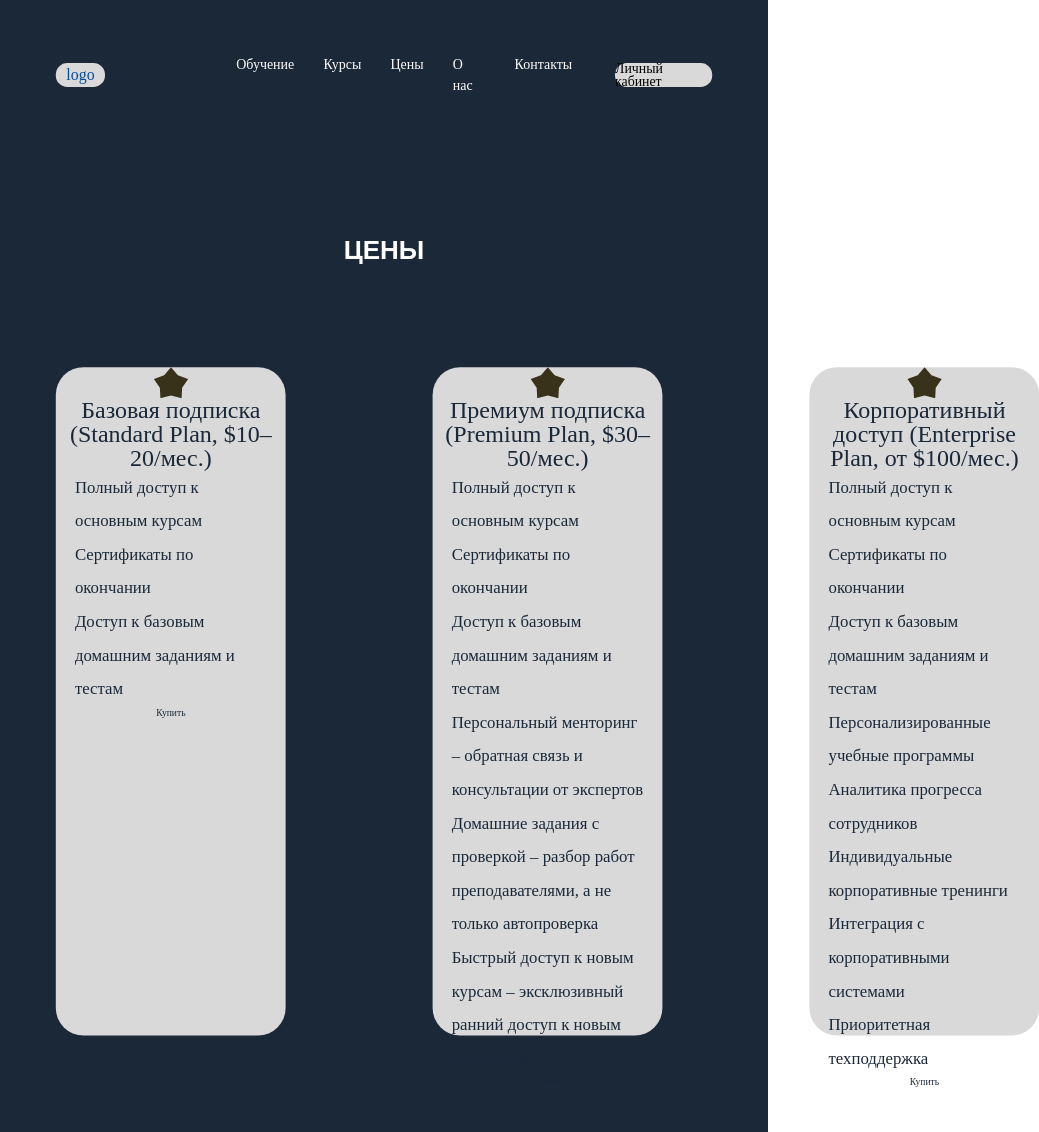
Repository: marjango/course
Page: /pricepage
The author's editor kept a copy of each file at every save. The page is drawn from the files as they stood at one save, then again after the next save.
The browser window is 1280 px wide. The page is 1732 px wide, so the pictures cover 1732 px, including what lies to the right of the window. The pictures show the whole page, at 60% of full size.
The project was rebuilt for these pictures with package versions that can differ from the ones it lists, and the page was loaded fresh each time. The framework's server and built-in components were replaced by stand-ins that run in the browser. Also part of the build but not shown: next.config.ts.

Above is the page before, as saved 2025-03-26 21:02:35.

### app/layout.tsx
import type { Metadata } from "next";
import "./globals.css";
import './fonts.css';


export const metadata: Metadata = {
  title: "сourse",
  description: "it course",
};

export default function RootLayout({
  children,
}: Readonly<{
  children: React.ReactNode;
}>) {
  return (
    <html lang="en">
      <body

      >
        {children}
      </body>
    </html>
  );
}

### app/pricepage/page.tsx
import React from "react";
import Image from "next/image";
import s from "./price.module.css";
import Link from "next/link";
import star from "./Star.svg";

const pricepage = () => {
  return (
    <>
    <div className={s.pricepage}>
    <div className={s.headerContainer}>
          <Link href="/" className={s.logo}>
            logo
          </Link>

          <div className={s.nav}>
            <Link href="#">Обучение</Link>
            <Link href="/coursespage">Курсы</Link>
            <Link href="#">Цены</Link>
            <Link href="#">О нас</Link>
            <Link href="#">Контакты</Link>
          </div>

          <Link href="#" className={s.personal}>
            Личный кабинет
          </Link>
        </div>
      <h1>Цены</h1>
      <div className={s.columns}>
      <div className={s.column}>
        <Image src={star} width={58} height={55} alt="star" />
        <h3>Базовая подписка (Standard Plan, $10–20/мес.)</h3>
        <ul>
          <li>Полный доступ к основным курсам</li>
          <li>Сертификаты по окончании</li>
          <li>Доступ к базовым домашним заданиям и тестам</li>
        </ul>
        <button>Купить</button>
      </div>
      <div className={s.column}>
      <Image src={star} width={58} height={55} alt="star" />
        <h3>Премиум подписка (Premium Plan, $30–50/мес.)</h3>
        <ul>
          <li>Полный доступ к основным курсам</li>
          <li>Сертификаты по окончании</li>
          <li>Доступ к базовым домашним заданиям и тестам</li>
          <li>
            Персональный менторинг – обратная связь и консультации от экспертов
          </li>
          <li>
            Домашние задания с проверкой – разбор работ преподавателями, а не
            только автопроверка{" "}
          </li>
          <li>
            Быстрый доступ к новым курсам – эксклюзивный ранний доступ к новым
            материалам
          </li>
        </ul>
        <button>Купить</button>
      </div>
      <div className={s.column}>
      <Image src={star} width={58} height={55} alt="star" />
        <h3>Корпоративный доступ (Enterprise Plan, от $100/мес.)</h3>
        <ul>
          <li>Полный доступ к основным курсам</li>
          <li>Сертификаты по окончании</li>
          <li>Доступ к базовым домашним заданиям и тестам</li>
          <li>Персонализированные учебные программы</li>
          <li>Аналитика прогресса сотрудников</li>
          <li>Индивидуальные корпоративные тренинги</li>
          <li>Интеграция с корпоративными системами</li>
          <li>Приоритетная техподдержка</li>
        </ul>
        <button>Купить</button>
      </div>
      </div>
      </div>
    </>
  );
};

export default pricepage;

### app/globals.css
@import "tailwindcss";

* {
  font-family: 'Doloman Pavljenko';
}

h1 {
  font-family: 'Intro Friday', sans-serif;
  font-size: 3.39vw;
  line-height: 1.2;
  color: white;
  font-weight: bold;
  text-transform: uppercase;
}

### app/fonts.css
@font-face {
    font-family: 'Doloman Pavljenko';
    src: url("/public/fonts/DolomanPavljenko.otf") format('otf'),
    url("/public/fonts/DolomanPavljenko.otf") format('otf');
    font-weight: normal;
    font-style: normal;
  }

   @font-face {
     font-family: "Intro Friday";
     src: url("/public/fonts/Intro\ Friday\ Regular.ttf") format("ttf"),
     url("/public/fonts/Intro\ Friday\ Regular.ttf") format("ttf");
     font-weight: normal;
     font-style: normal;
   }

### app/pricepage/price.module.css
.pricepage {
    width: 100%;
    height: auto;
    padding: 7.03vw 7.29vw 12.60vw 7.29vw;
    background-color: #1b2838;
    display: flex;
    flex-direction: column;
    align-items: center;
    color: white;
}
.pricepage h1 {
    margin-top: 230px;
    margin-bottom: 170px;
}
.headerContainer {
    background: transparent;
    display: flex;
    justify-content: space-between;
    align-items: center;
    width: 100%;
  }

  .logo {
    padding: 0.52vw 1.35vw;
    background-color: #d9d9d9;
    border: none;
    border-radius: 1.51vw;
    color: #064b9b;
    font-size: 2.08vw;
    line-height: 2.08vw;
    font-weight: 300;
  }

  .nav {
    margin-left: 17.08vw;
    justify-self: center;
    font-size: 1.82vw;
    font-weight: 300;
    display: flex;
    gap: 3.8vw;
  }

  .personal {
    margin-left: 5.57vw;
    background-color: #d9d9d9;
    width: 12.66vw;
    height: 3.13vw;
    display: flex;
    justify-content: center;
    align-items: center;
    border: none;
    border-radius: 1.51vw;
    color: black;
    font-size: 1.8vw;
    line-height: 1.8vw;
    font-weight: 300;
  }

.columns {
    margin: 0 auto;
    display: flex;
    gap: 245px;
}
.column {
    background-color: #D9D9D9;
    border-radius: 46px;
    display: flex;
    flex-direction: column;
    align-items: center;
    width: 383px;
    height: 1114px;
    color: #1b2838;
}
.column h3 {
    font-size: 40px;
    line-height: 40px;
    font-weight: 300;
    text-align: center;
}
.column ul{
    max-width: 320px;
    font-size: 28px;
    line-height: 56px;

}
.column li {

}

After the next save:
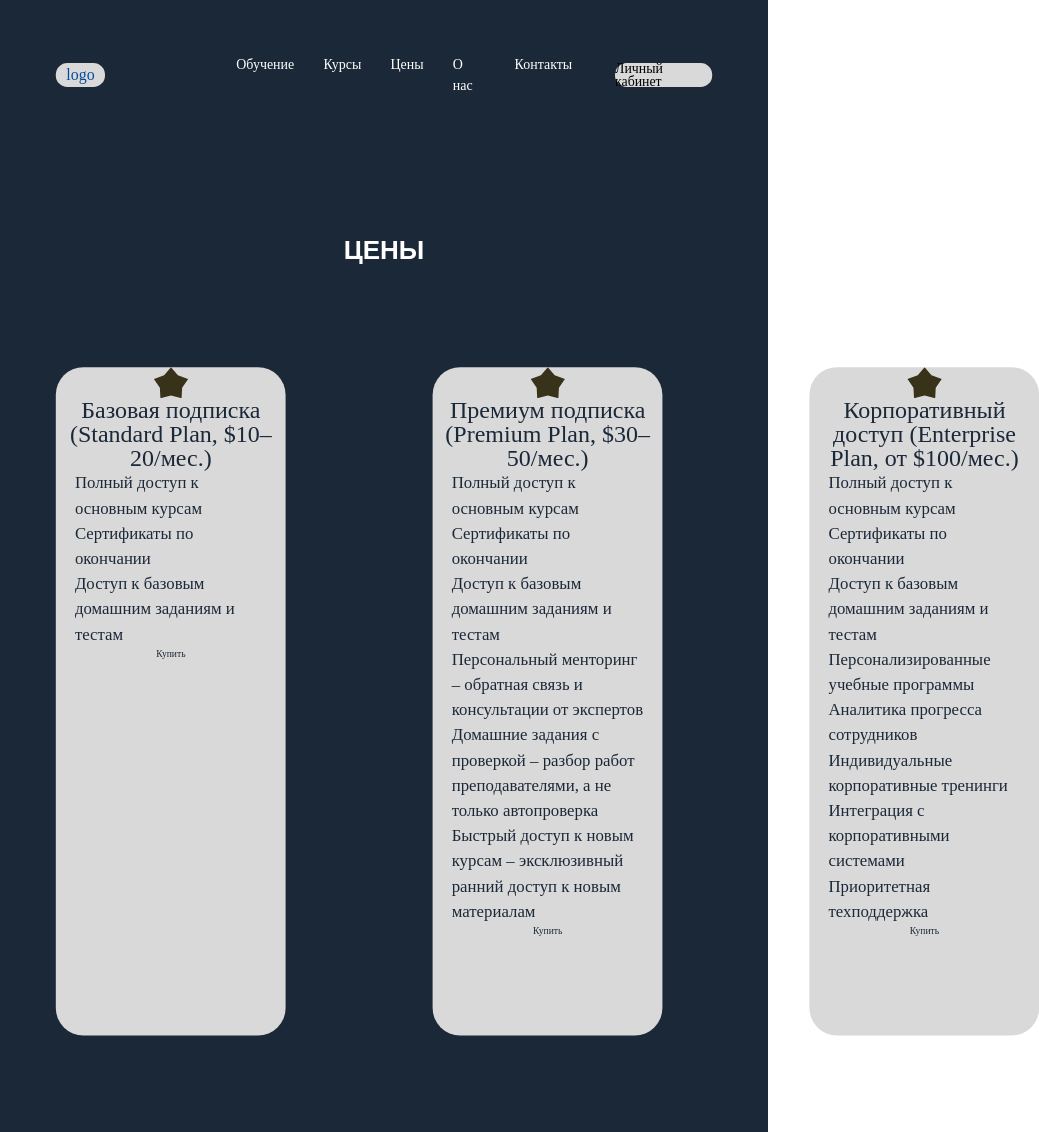
Saved 5 s later.
--- a/app/pricepage/price.module.css
+++ b/app/pricepage/price.module.css
@@ -80,7 +80,6 @@
 .column ul{
     max-width: 320px;
     font-size: 28px;
-    line-height: 56px;
 
 }
 .column li {
